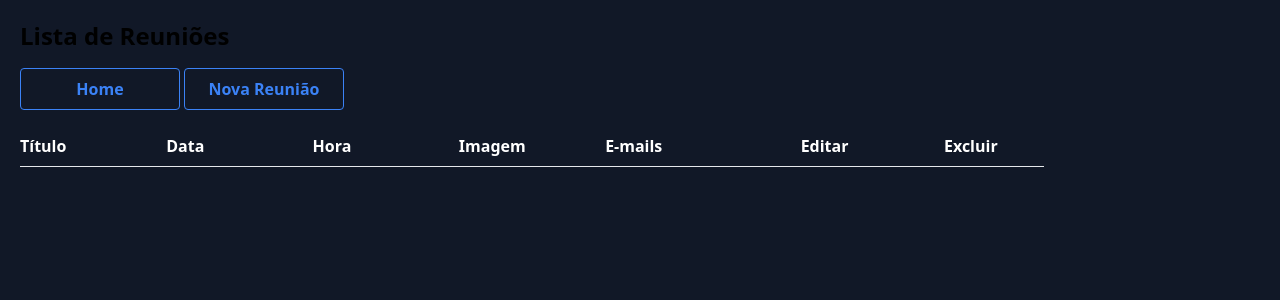
Repository: TamiBeira/meeting
Page: /meetings
The author's editor kept a copy of each file at every save. The page is drawn from the files as they stood at one save, then again after the next save.
The browser window is 1280 px wide. The pictures show the whole page.
The project was rebuilt for these pictures with package versions that can differ from the ones it lists, and the page was loaded fresh each time. Also part of the build but not shown: vite.config.ts, src/contexts/FormContext.tsx, src/components/Form.tsx, src/components/HomePage.tsx.

Above is the page before, as saved 2024-02-27 00:19:58.

After the next save:
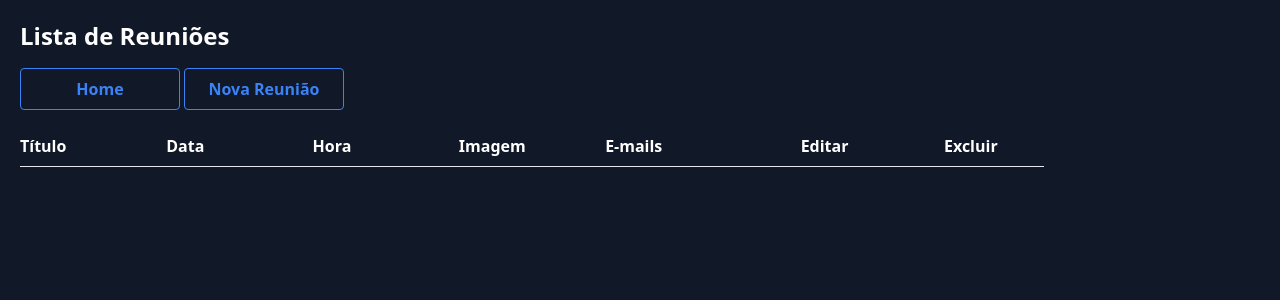
Saved 19 s later.
--- a/src/components/MeetingsView.tsx
+++ b/src/components/MeetingsView.tsx
@@ -29,7 +29,7 @@ export const MeetingsView: React.FC = () => {
 
   return (
     <div className="mx-auto bg-gray-900 w-full h-screen p-5 flex-col">
-      <h2 className="text-2xl font-bold mb-4">Lista de Reuniões</h2>
+      <h2 className="text-2xl text-white font-bold mb-4">Lista de Reuniões</h2>
       <div className="mt-4 mb-4">
         <Link to="/" className="w-40 mr-1 inline-block text-center border border-solid border-blue-500 text-blue-500 font-bold px-4 py-2 rounded">Home</Link>
         <Link to="/form" className="w-40 inline-block text-center border border-solid border-blue-500 text-blue-500 font-bold mr-2 px-4 py-2 rounded">Nova Reunião</Link>
